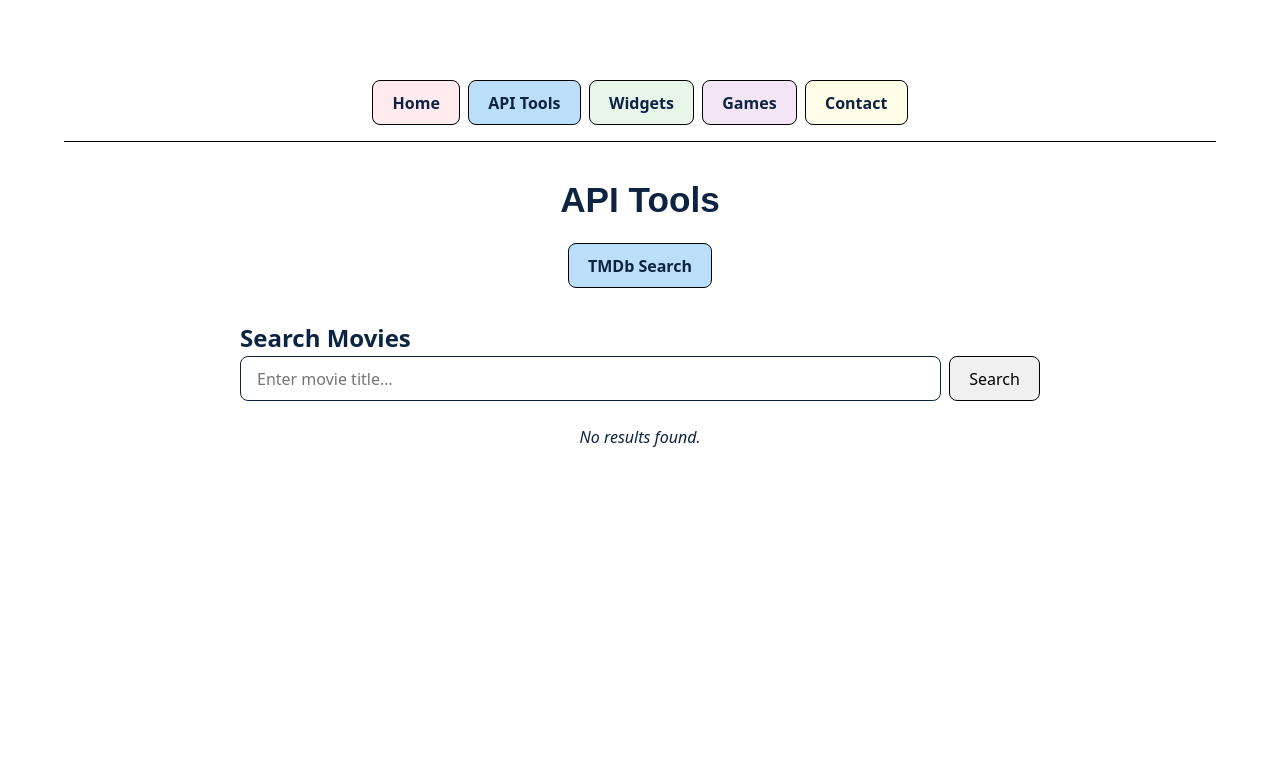
Repository: ourshadetree/TimPortfolio
Page: /api-tools
An editor plug-in stored every save of this project. The page is shown before and after the next save, followed by the edit.
The browser window is 1280 px wide. The pictures show the whole page.
The page's requests for data from a server got no answer. The project was rebuilt for these pictures with package versions that can differ from the ones it lists, and the page was loaded fresh each time. No one was signed in, and anything a server would have sent is missing. Also part of the build but not shown: vite.config.js, src/views/HomeView.vue, src/views/Widgets.vue, src/views/Games.vue, src/views/Contact.vue.

Above is the page before, as saved 2025-05-07 13:49:21.

### src/main.js
// src/main.js
import { createApp } from 'vue'
import App        from './App.vue'
import { router } from './router'
import './assets/style.css'         // your reset / base styles

createApp(App)
  .use(router)
  .mount('#app')

### src/App.vue
<!-- src/App.vue -->
<template>
  <div id="app">
    <header>
      <nav>
        <router-link to="/"       class="tab tab--home">Home</router-link>
        <router-link to="/api-tools" class="tab tab--api">API Tools</router-link>
        <router-link to="/widgets"   class="tab tab--widgets">Widgets</router-link>
        <router-link to="/games"     class="tab tab--games">Games</router-link>
        <router-link to="/contact"   class="tab tab--contact">Contact</router-link>
      </nav>
    </header>
    <main>
      <router-view/>
    </main>
  </div>
</template>


<script setup>
// no script needed here yet
</script>

<style>
#app {
  background: white;
  min-height: 100vh;
}

/* header/nav styling */
header {
  padding: 1rem;
  border-bottom: 1px solid black;
  text-align: center;
}
nav {
  display: inline-flex;
  gap: 0.5rem;
}
nav a {
  padding: 0.5rem 1rem;
  border: 1px solid black;
  border-radius: 8px;
  background: #FDEFF9; /* pastel pink */
  color: #0C2442;
  text-decoration: none;
  font-weight: bold;
}
nav a.router-link-active {
  background: yellow; /* pastel blue when active */
}

/* base tab style */
.tab {
  padding: 0.6rem 1.2rem;
  border: 1px solid #000;
  border-radius: 8px;
  text-decoration: none;
  font-weight: bold;
  color: #0C2442;
  transition: opacity .2s;
}
.tab:hover {
  opacity: 0.8;
}

/* pastel colours for each */
.tab--home     { background: #FFEBEE; } /* very light pink */
.tab--api      { background: #E3F2FD; } /* very light blue */
.tab--widgets  { background: #E8F5E9; } /* very light green */
.tab--games    { background: #F3E5F5; } /* very light purple */
.tab--contact  { background: #FFFDE7; } /* very light yellow */

</style>

### src/router/index.js
// src/router/index.js
import { createRouter, createWebHistory } from 'vue-router'
import HomeView    from '../views/HomeView.vue'
import ApiTools    from '../views/ApiTools.vue'
import Widgets     from '../views/Widgets.vue'
import Games       from '../views/Games.vue'
import Contact     from '../views/Contact.vue'

const routes = [
  { path: '/',           name: 'Home',      component: HomeView },
  { path: '/api-tools',   name: 'API Tools', component: ApiTools },
  { path: '/widgets',     name: 'Widgets',   component: Widgets },
  { path: '/games',       name: 'Games',     component: Games },
  { path: '/contact',     name: 'Contact',   component: Contact },
]

export const router = createRouter({
  history: createWebHistory(),
  routes,
})

### src/assets/style.css
/* ------------------------------------------------------------------------
   src/assets/style.css
   ————————————————————————————————————————————————————————————————
   1) Reset / base
   2) Layout (#app, header/nav)
   3) Typography (h1)
   4) Tabs (.tab, .tab--*)
   5) Buttons, links, etc.
   ------------------------------------------------------------------------ */

/* 1) -------- Reset / Base -------- */
:root {
  /* overall color scheme */
  background-color: #ffffff;
  color: #0C2442; /* dark blue text */
  font-family: Karla, system-ui, sans-serif;
  line-height: 1.5;
}

*,
*::before,
*::after {
  box-sizing: border-box;
  margin: 0;
  padding: 0;
}

/* 2) --------#app & header/nav layout -------- */
#app {
  max-width: 1280px;
  margin: 0 auto;
  padding: 2rem;
  text-align: center;
  background: white;
  min-height: 100vh;
}

header {
  padding-bottom: 1rem;
  border-bottom: 1px solid black;
  margin-bottom: 2rem;
}

nav {
  display: inline-flex;
  gap: 0.5rem;
}

/* 3) -------- Typography -------- */
#app h1 {
  font-family: 'Sora', sans-serif;
  font-size: 2.2rem;
  font-weight: 900;
  margin: 1rem 0;
}

/* 4) -------- Tabs -------- */
.tab {
  display: inline-block;
  padding: 0.6rem 1.2rem;
  border: 1px solid black;
  border-radius: 8px;
  text-decoration: none;
  font-weight: bold;
  color: #0C2442;
  transition: opacity 0.2s;
}
.tab:hover {
  opacity: 0.8;
}

/* Pastel for each */
.tab--home     { background: #FFEBEE; } /* very light pink */
.tab--api      { background: #E3F2FD; } /* very light blue */
.tab--widgets  { background: #E8F5E9; } /* very light green */
.tab--games    { background: #F3E5F5; } /* very light purple */
.tab--contact  { background: #FFFDE7; } /* very light yellow */

/* Active tab override */
.router-link-active {
  /* pastel‑blue highlight for whichever is active */
  background: #BBDEFB !important;
}

/* 5) -------- Buttons & Links -------- */
button {
  border-radius: 8px;
  border: 1px solid black;
  padding: 0.6rem 1.2rem;
  font: inherit;
  background: #f0f0f0;
  cursor: pointer;
  transition: background 0.2s;
}
button:hover {
  background: #e0e0e0;
}

a {
  color: inherit;
  text-decoration: none;
}

### src/views/ApiTools.vue
<!-- src/views/ApiTools.vue -->
<template>
    <section>
      <h1>API Tools</h1>

      <!-- Tab header -->
      <nav>
        <button
          v-for="tool in tools"
          :key="tool.name"
          @click="currentTab = tool.name"
          :class="['tab', tool.tabClass, { 'router-link-active': currentTab === tool.name }]"
        >
          {{ tool.name }}
        </button>
      </nav>

      <!-- Dynamic tool output -->
      <div class="tool-container">
        <component :is="currentComponent" />
      </div>
    </section>
  </template>

  <script setup>
  import { ref, computed } from 'vue'
  import MovieApi from '@/components/MovieApi.vue'
  // import OtherApiTool from '@/components/OtherApiTool.vue'

  const tools = [
    { name: 'TMDb Search', component: MovieApi, tabClass: 'tab--api' },
    // { name: 'Other Tool', component: OtherApiTool, tabClass: 'tab--widgets' },
  ]

  // start on the first tool
  const currentTab = ref(tools[0].name)

  // lookup the component to render
  const currentComponent = computed(() => {
    const sel = tools.find(t => t.name === currentTab.value)
    return sel ? sel.component : null
  })
  </script>

  <style scoped>
  nav {
    margin: 1rem 0;
    display: flex;
    justify-content: center;
    gap: 0.5rem;
  }

  .tool-container {
    /* give some breathing room under your tabs */
    padding-top: 1rem;
  }
  </style>

### src/components/MovieApi.vue
<template>
    <div class="movie-api">
      <h2>Search Movies</h2>

      <form @submit.prevent="searchMovies">
        <input
          v-model="searchQuery"
          type="text"
          placeholder="Enter movie title…"
        />
        <button type="submit">Search</button>
      </form>

      <div v-if="loading">Loading…</div>
      <div v-if="error" class="error">{{ error }}</div>

      <div v-if="movies.length" class="movies-grid">
        <div v-for="movie in movies" :key="movie.id" class="movie-card">
          <img
            v-if="movie.poster_path"
            :src="`https://image.tmdb.org/t/p/w200${movie.poster_path}`"
            :alt="movie.title"
          />
          <div class="movie-info">
            <h3>{{ movie.title }}</h3>
            <p class="release-date">{{ movie.release_date }}</p>
            <p class="overview">{{ movie.overview }}</p>
          </div>
        </div>
      </div>

      <div v-else-if="!loading && !error" class="no-results">
        No results found.
      </div>
    </div>
  </template>

  <script setup>
  import { ref } from 'vue'

  // Put your TMDb API key in a .env (e.g. VITE_TMDB_API_KEY)
  // Fallback to placeholder if you haven’t set one up yet
  const API_KEY = import.meta.env.VITE_TMDB_API_KEY || 'YOUR_API_KEY'
  const BASE_URL = 'https://api.themoviedb.org/3/search/movie'

  const searchQuery = ref('')
  const movies      = ref([])
  const loading     = ref(false)
  const error       = ref('')

  async function searchMovies() {
    if (!searchQuery.value.trim()) {
      movies.value = []
      return
    }

    loading.value = true
    error.value   = ''
    movies.value  = []

    try {
      const url = `${BASE_URL}?api_key=${API_KEY}&query=${encodeURIComponent(
        searchQuery.value
      )}`
      const res = await fetch(url)
      const data = await res.json()

      if (!res.ok) {
        throw new Error(data.status_message || 'Error fetching movies.')
      }
      movies.value = data.results
    } catch (err) {
      error.value = err.message || 'Network error.'
    } finally {
      loading.value = false
    }
  }
  </script>

  <style scoped>
  .movie-api {
    text-align: left;
    max-width: 800px;
    margin: 0 auto;
  }

  .movie-api form {
    display: flex;
    gap: 0.5rem;
    margin-bottom: 1.5rem;
    justify-content: center;
  }

  .movie-api input[type="text"] {
    flex: 1;
    padding: 0.6rem 1rem;
    border: 1px solid #0C2442;
    border-radius: 8px;
    font: inherit;
  }

  .movies-grid {
    display: grid;
    grid-template-columns: repeat(auto-fill, minmax(180px, 1fr));
    gap: 1rem;
  }

  .movie-card {
    border: 1px solid #ddd;
    border-radius: 8px;
    overflow: hidden;
    background: #f9f9f9;
  }

  .movie-card img {
    width: 100%;
    display: block;
  }

  .movie-info {
    padding: 0.5rem;
  }

  .movie-info h3 {
    margin-bottom: 0.25rem;
    font-size: 1.1rem;
  }

  .release-date {
    font-size: 0.9rem;
    color: #555;
    margin-bottom: 0.5rem;
  }

  .overview {
    font-size: 0.85rem;
    line-height: 1.3;
    max-height: 4.5rem;
    overflow: hidden;
  }

  .error {
    color: #c00;
    text-align: center;
    margin-bottom: 1rem;
  }

  .no-results {
    font-style: italic;
    text-align: center;
  }
  </style>

Loaded but not shown: index.html (common file)

After the next save:
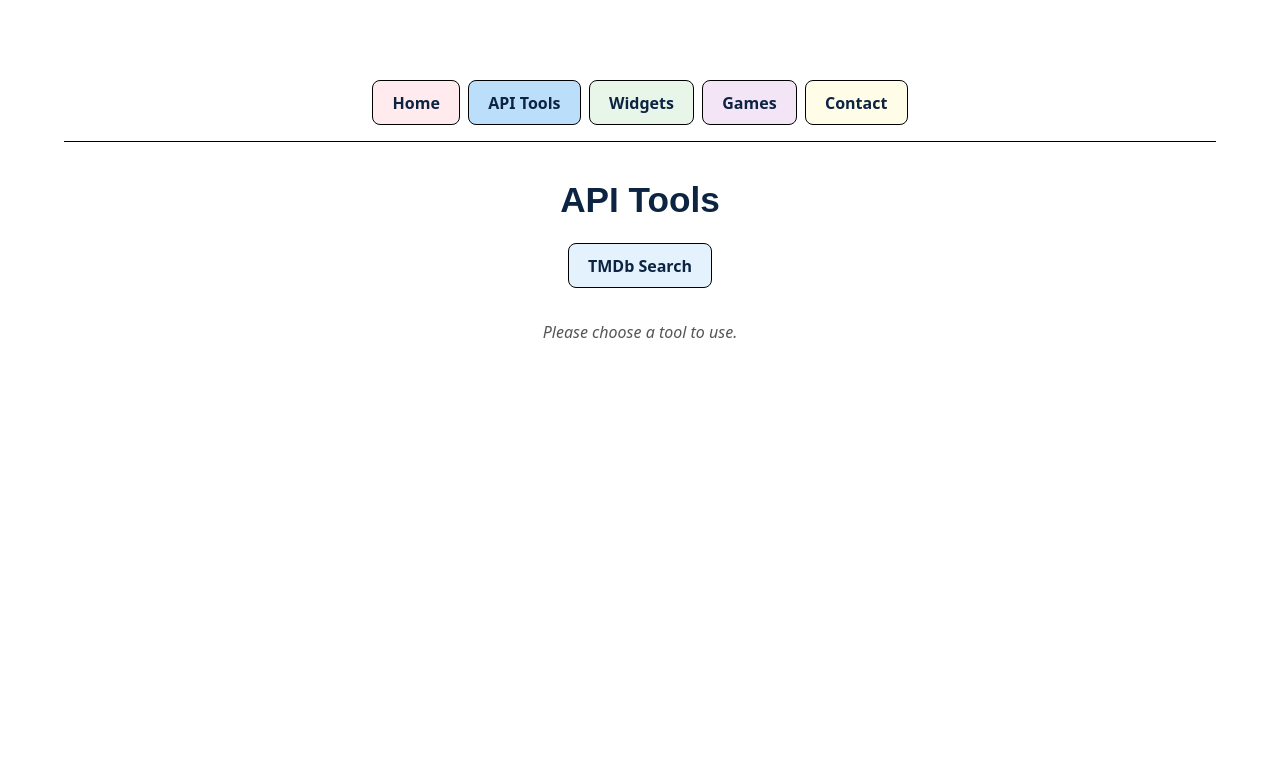
Saved 94 s later.
--- a/src/views/ApiTools.vue
+++ b/src/views/ApiTools.vue
@@ -15,9 +15,12 @@
         </button>
       </nav>
 
-      <!-- Dynamic tool output -->
+      <!-- Placeholder or Dynamic tool output -->
       <div class="tool-container">
-        <component :is="currentComponent" />
+        <p v-if="!currentTab" class="choose-message">
+          Please choose a tool to use.
+        </p>
+        <component v-else :is="currentComponent" />
       </div>
     </section>
   </template>
@@ -32,10 +35,10 @@
     // { name: 'Other Tool', component: OtherApiTool, tabClass: 'tab--widgets' },
   ]
 
-  // start on the first tool
-  const currentTab = ref(tools[0].name)
+  // start with no tab selected
+  const currentTab = ref(null)
 
-  // lookup the component to render
+  // lookup the component to render, or null if none
   const currentComponent = computed(() => {
     const sel = tools.find(t => t.name === currentTab.value)
     return sel ? sel.component : null
@@ -51,7 +54,12 @@
   }
 
   .tool-container {
-    /* give some breathing room under your tabs */
     padding-top: 1rem;
   }
+
+  .choose-message {
+    font-style: italic;
+    color: #555;
+    text-align: center;
+  }
   </style>
